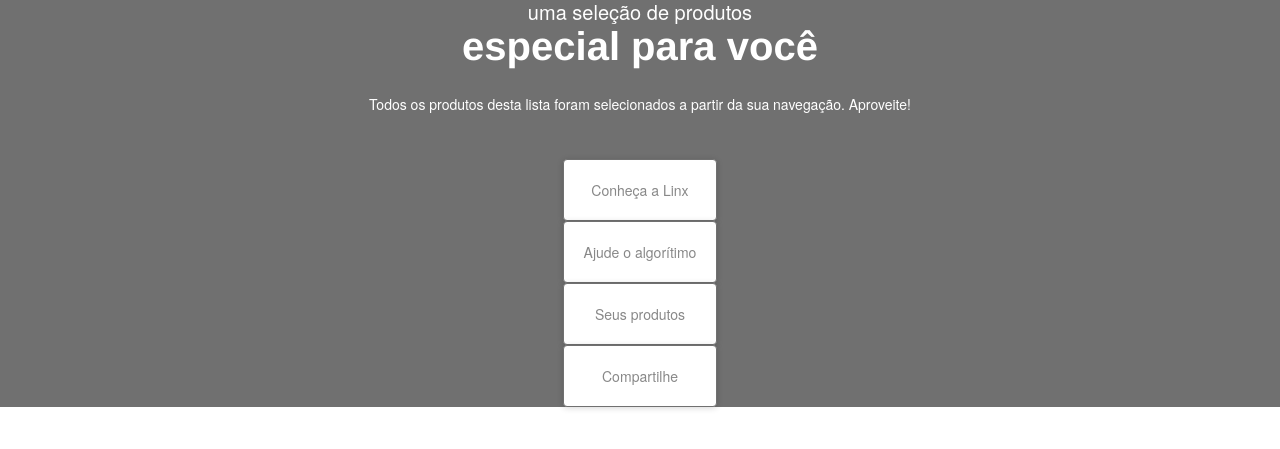
Repository: danielpellicano/front-end-developer-test-linx-2020
Page: index.html
The author's editor kept a copy of each file at every save. The page is drawn from the files as they stood at one save, then again after the next save.
The browser window is 1280 px wide. The pictures show the whole page.
Some web fonts or font styles are not loaded; a fallback is used.

Above is the page before, as saved 2020-09-01 12:17:28.

After the next save:
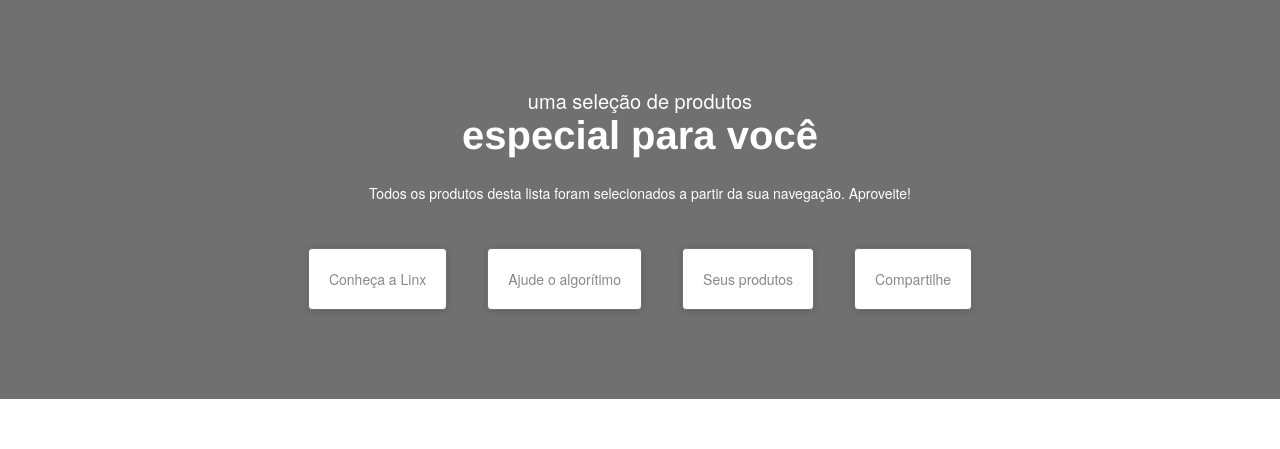
Saved 13 s later.
--- a/css/style.css
+++ b/css/style.css
@@ -147,6 +147,10 @@ body {
     margin-bottom: 45px;
 }
 
+#header nav ul {
+    display: flex;
+}
+
 #header nav ul li a {
     display: block;
     padding: 20px;
